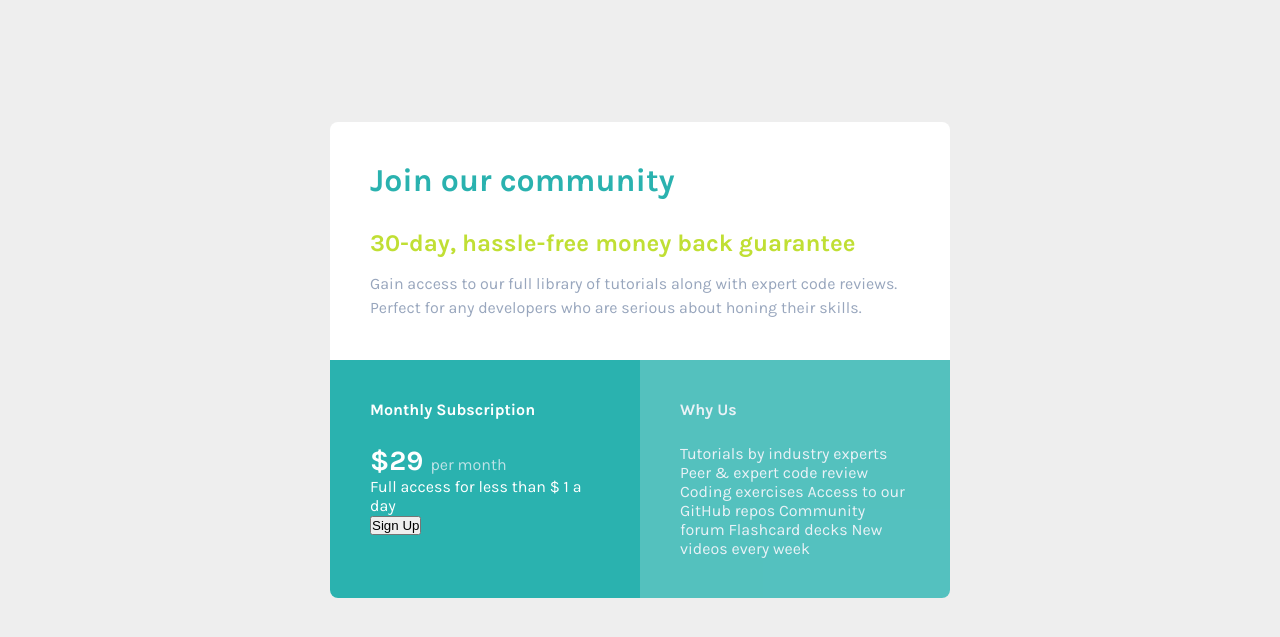
Repository: Akashiii1/WebSingleGrid_Day3
Page: index.html
These files come from the project's save history. The page is drawn as it stood at one moment and after the next save; the edit follows.
The browser window is 1280 px wide. The pictures show the whole page.

Above is the page before, as saved 2021-12-22 01:57:08.

After the next save:
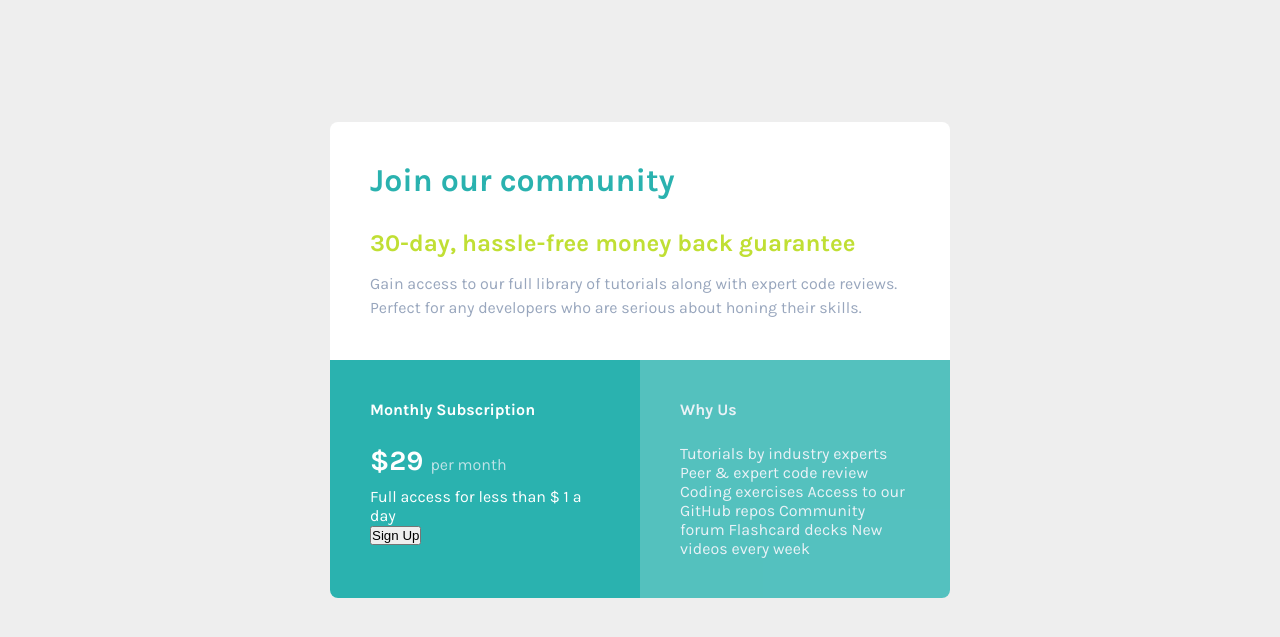
Saved 9 s later.
--- a/style.css
+++ b/style.css
@@ -105,7 +105,7 @@ body{
   opacity: .8;
 }
 .item2 p{
-  display: block;
+  margin-top: 10px;
 }
 .item3{
   background-color: var(--Cyan);
